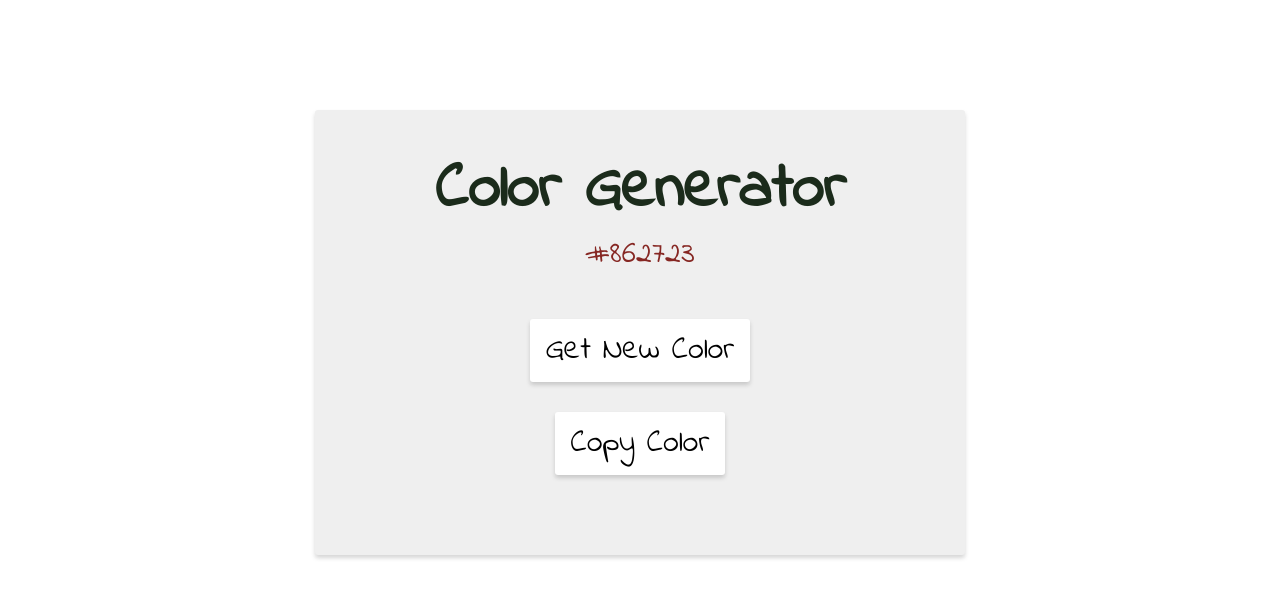
Repository: codimis/JSB-01-Color-Changer
Page: index.html
An editor plug-in stored every save of this project. The page is shown before and after the next save, followed by the edit.
The browser window is 1280 px wide. The pictures show the whole page.
After loading, the first visible `#pickColor` was clicked once.

Above is the page before, as saved 2021-09-17 02:10:56.

### index.html
<!DOCTYPE html>
<html lang="en">
<head>
    <meta charset="UTF-8">
    <meta http-equiv="X-UA-Compatible" content="IE=edge">
    <meta name="viewport" content="width=device-width, initial-scale=1.0">
    <title>Color Generator</title>
    <link rel="stylesheet" href="style.css" />
    <script defer src="color.js"></script>
</head>
<body>
    <div class="container">
        <h1>Color Generator</h1>
        <p id="currentColor">#ffffff</p>
        <button id="pickColor" onclick="setColor()">Get New Color</button>
        <button id="copyColor" onclick="copyColor()">Copy Color</button></div>
</body>
</html>

### style.css
@import url('https://fonts.googleapis.com/css2?family=Indie+Flower&display=swap');

:root {
    --color-dark: #1b2b1b;
    --color-light: #efefef;
}

body {
    color: var(--color-dark);
    display: grid;
    font-family: "Indie Flower", sans-serif;
    font-size: 2.5rem;
    min-height: 90vh;
    min-width: 90vw;
    place-items: center;
}

.container {
    align-items: center;
    background-color: var(--color-light);
    border-radius: 3px;
    box-shadow: 0 3px 4px rgba(50, 50, 50, .2);
    display: flex;
    flex-direction: column;
    padding: 2em 3em;
    position: relative;
}

.alert {
    position: absolute;
    top: -50px;
    background-color: var(--color-light);
    padding: 8px 12px;
    box-shadow: 0 3px 4px rgba(50, 50, 50, .2);
}

.alert::after {
    border-color: var(--color-light) transparent transparent transparent;
    border-style: solid;
    border-width: 7px 7px 0 7px;
    bottom: -7px;
    content: "";
    left: 50%;
    position: absolute;
    transform: translateX(-50%);
}

h1 {
    font-size: 4rem;
    line-height: 1px;
    margin: 0;
    padding: 0;
}

#currentColor {
    text-align: center;
    font-size: 2rem;
    line-height: 2;
}

#pickColor, #copyColor {
    border: 0;
    outline: 0;
    background-color: #fff;
    font-family: "Indie Flower",sans-serif;
    font-size: 2rem;
    padding: 8px 16px;
    cursor: pointer;
    border-radius: 3px;
    box-shadow: 0 3px 4px rgba(50, 50, 50, .2);
}

#copyColor {
    margin-top: 30px;
}

#pickColor:active, #copyColor:active {
    box-shadow: none;
    color: var(--color-dark);
 }

### color.js
const currentColor = document.querySelector('#currentColor')
const container = document.querySelector('.container')

const getHex = () => {
    let color = '#'
    let primaryColorNumber = 3
    let randomRGBNumber
    for( let i= 1;i<=primaryColorNumber;i++){
        randomRGBNumber = Math.round(Math.random()*255)
        if(randomRGBNumber.length==1){
            randomRGBNumber= "0"+randomRGBNumber
        }
        color += randomRGBNumber.toString(16)
    }
    return color
}

const setColor = () => {
    let color = getHex()
    currentColor.textContent= color
    currentColor.style.color = color
}

After the next save:
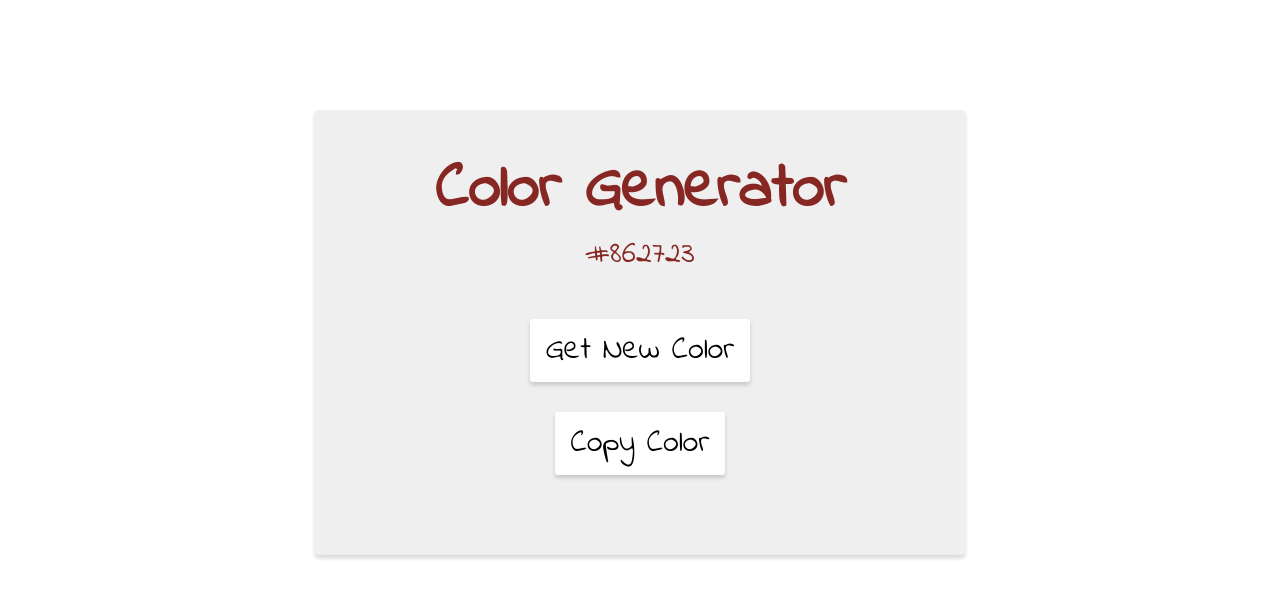
Saved 104 s later.
--- a/color.js
+++ b/color.js
@@ -1,5 +1,6 @@
 const currentColor = document.querySelector('#currentColor')
 const container = document.querySelector('.container')
+const body = document.body
 
 const getHex = () => {
     let color = '#'
@@ -19,4 +20,5 @@ const setColor = () => {
     let color = getHex()
     currentColor.textContent= color
     currentColor.style.color = color
+    body.style.color = color
 }
